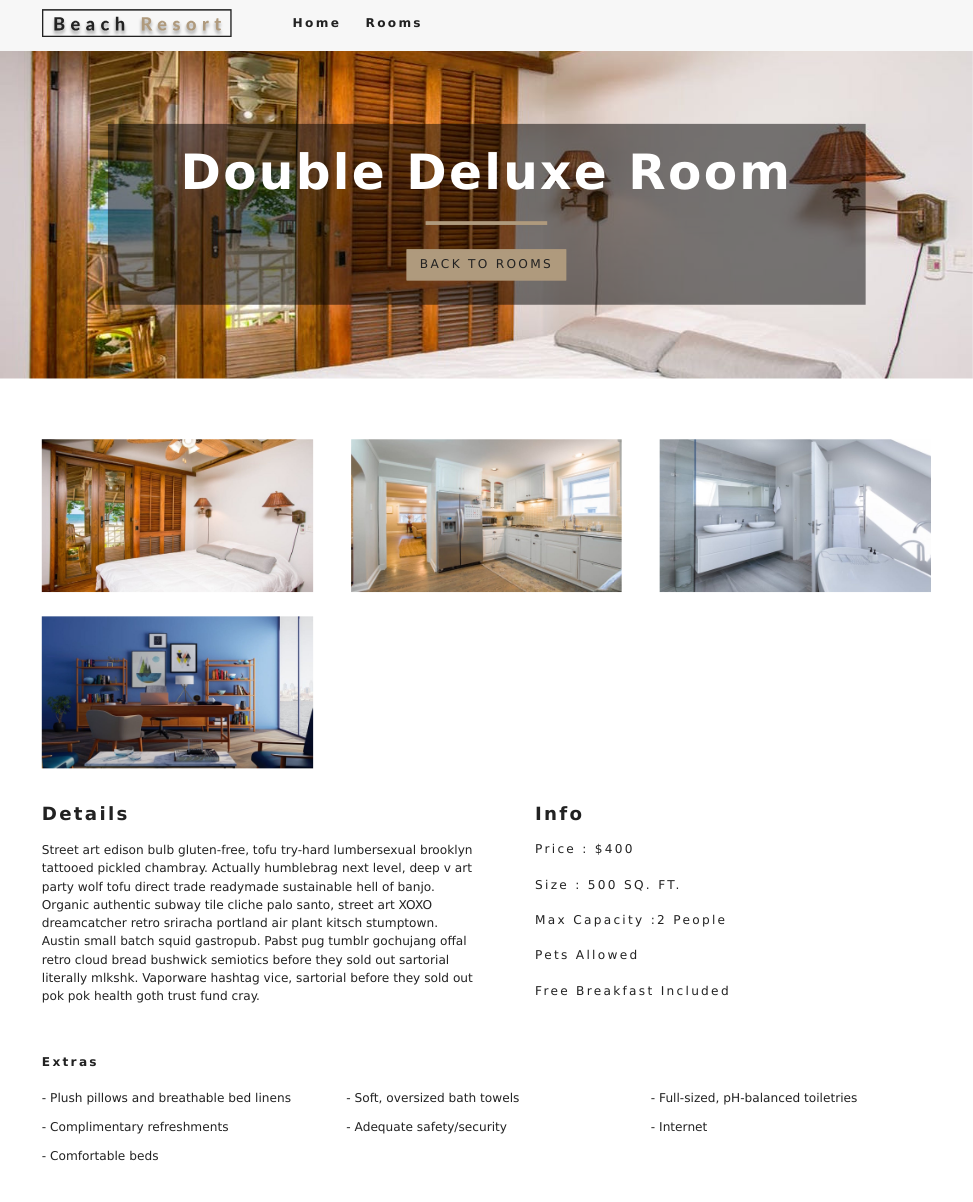
Repository: sanchit01garg/react-beachResort
Page: /rooms/double-deluxe
The author's editor kept a copy of each file at every save. The page is drawn from the files as they stood at one save, then again after the next save.
The browser window is 1280 px wide. The pictures show the whole page, at 76% of full size.
The project was rebuilt for these pictures with package versions that can differ from the ones it lists, and the page was loaded fresh each time. Also part of the build but not shown: src/components/Hero.js, src/components/Title.js, src/components/Services.js, src/components/Loading.js, src/components/Room.js, src/components/FeaturedRooms.js, src/pages/Home.js, src/pages/Error.js and 4 more.

Above is the page before, as saved 2021-01-08 15:51:54.

After the next save:
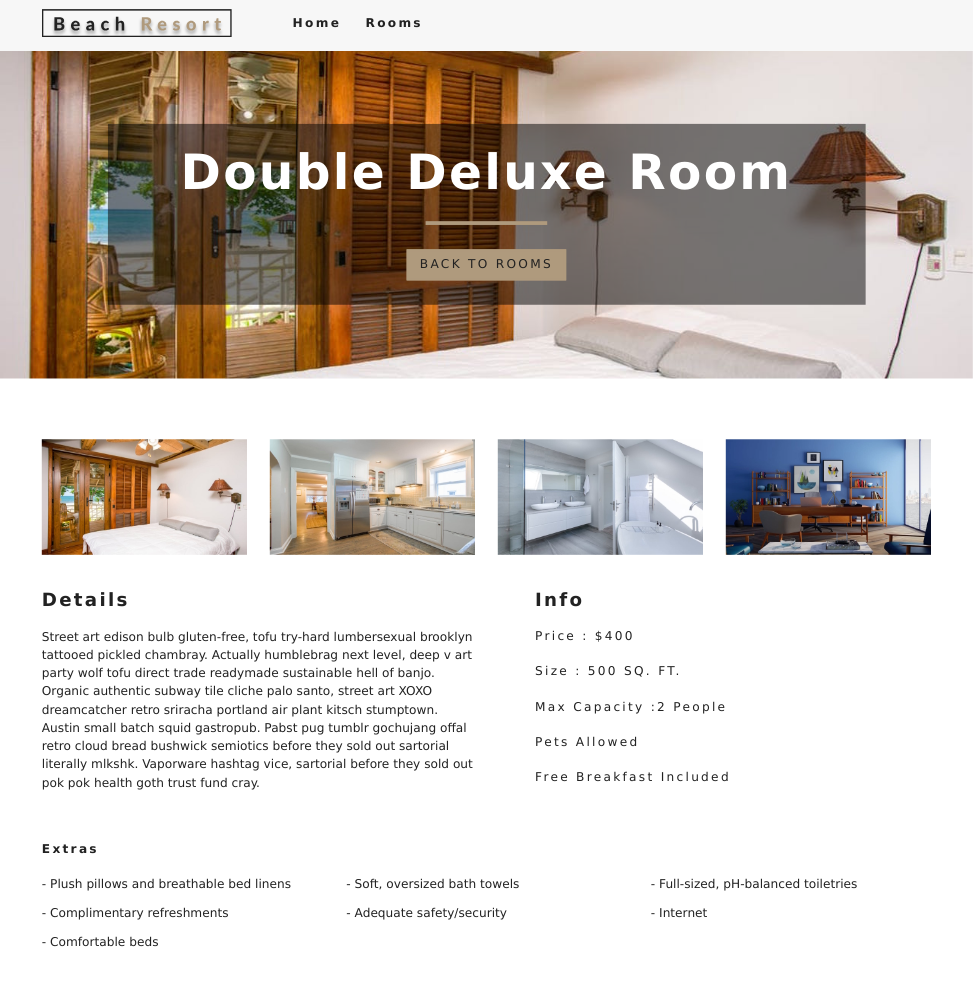
Saved 2 min 29 s later.
--- a/src/App.css
+++ b/src/App.css
@@ -368,9 +368,9 @@ h6 {
   width: 80vw;
   margin: 0 auto;
   display: grid;
-  grid-template-columns: repeat(auto-fit, minmax(350px, 1fr));
+  grid-template-columns: repeat(auto-fill, minmax(270px, 1fr));
   grid-row-gap: 2rem;
-  grid-column-gap: 50px;
+  grid-column-gap: 30px;
 }
 .single-room-images img {
   width: 100%;
